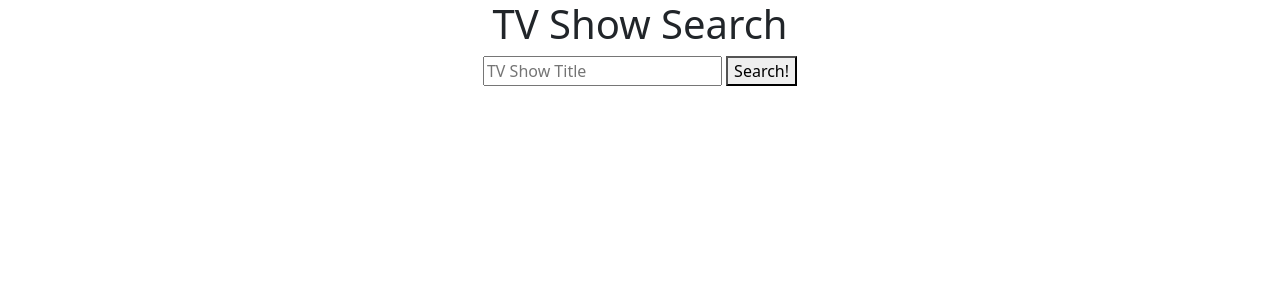
Repository: danieltikamori/wdb
Page: projects/TV-Show-search-app/index.html
The author's editor kept a copy of each file at every save. The page is drawn from the files as they stood at one save, then again after the next save.
The browser window is 1280 px wide. The pictures show the whole page.
Some web libraries are served in a nearby version.

Above is the page before, as saved 2023-01-28 15:09:47.

### projects/TV-Show-search-app/index.html
<!DOCTYPE html>
<html lang="en">
<head>
  <meta charset="UTF-8">
  <meta http-equiv="X-UA-Compatible" content="IE=edge">
  <meta name="viewport" content="width=device-width, initial-scale=1.0">
  <title>TV Show Search App</title>
  <link href="https://cdn.jsdelivr.net/npm/bootstrap@5.3.0-alpha1/dist/css/bootstrap.min.css" rel="stylesheet" integrity="sha384-GLhlTQ8iRABdZLl6O3oVMWSktQOp6b7In1Zl3/Jr59b6EGGoI1aFkw7cmDA6j6gD" crossorigin="anonymous">
</head>
<body>
  <div class="container text-center">
  <h1>TV Show Search</h1>

<form action="" id="searchForm">
  <input type="text" name="query" id="" placeholder="TV Show Title">
<button>Search!</button>
</form>
</div>

  <script src="https://cdn.jsdelivr.net/npm/bootstrap@5.3.0-alpha1/dist/js/bootstrap.bundle.min.js" integrity="sha384-w76AqPfDkMBDXo30jS1Sgez6pr3x5MlQ1ZAGC+nuZB+EYdgRZgiwxhTBTkF7CXvN" crossorigin="anonymous"></script>
  <script src="https://cdn.jsdelivr.net/npm/axios@1.1.2/dist/axios.min.js"></script>
  <script src="app.js"></script>
</body>
</html>

### projects/TV-Show-search-app/app.js
const form = document.querySelector("#searchForm");
form.addEventListener("submit", async function (e) {
  e.preventDefault();
  const searchTerm = form.elements.query.value;
  const configParams = { params: {q: searchTerm} };
  const queryResult = await axios.get(
    `https://api.tvmaze.com/search/shows`, configParams
  );
  displaytvshowImg(queryResult.data);
  form.elements.query.value = '';
});

const displaytvshowImg = (shows) => {
  for (let showResult of shows) {
    if (showResult.show.image) {
      const tvshowImg = document.createElement("IMG");
      tvshowImg.src = showResult.show.image.medium;
      document.body.append(tvshowImg);
    }
  }
};

After the next save:
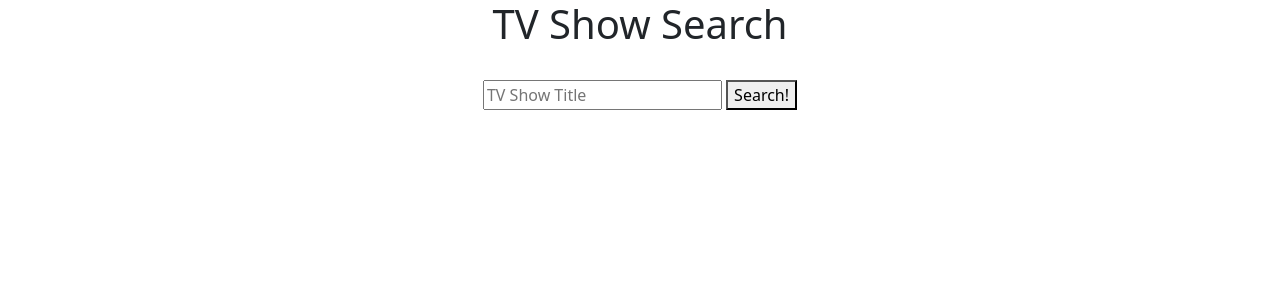
Saved 14 s later.
--- a/projects/TV-Show-search-app/index.html
+++ b/projects/TV-Show-search-app/index.html
@@ -10,7 +10,7 @@
 <body>
   <div class="container text-center">
   <h1>TV Show Search</h1>
-
+  <div class="btn-group"></div>
 <form action="" id="searchForm">
   <input type="text" name="query" id="" placeholder="TV Show Title">
 <button>Search!</button>

After the 3 saves that followed:
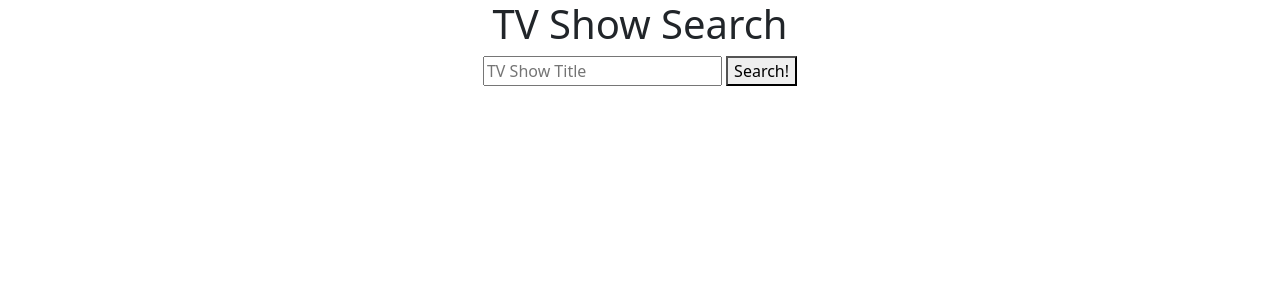
The 3 saves are shown as one change because they came seconds apart.
The last was saved 8 s later.
--- a/projects/TV-Show-search-app/index.html
+++ b/projects/TV-Show-search-app/index.html
@@ -10,10 +10,11 @@
 <body>
   <div class="container text-center">
   <h1>TV Show Search</h1>
-  <div class="btn-group"></div>
+  <div class="btn-group">
 <form action="" id="searchForm">
   <input type="text" name="query" id="" placeholder="TV Show Title">
 <button>Search!</button>
+</div>
 </form>
 </div>
 
